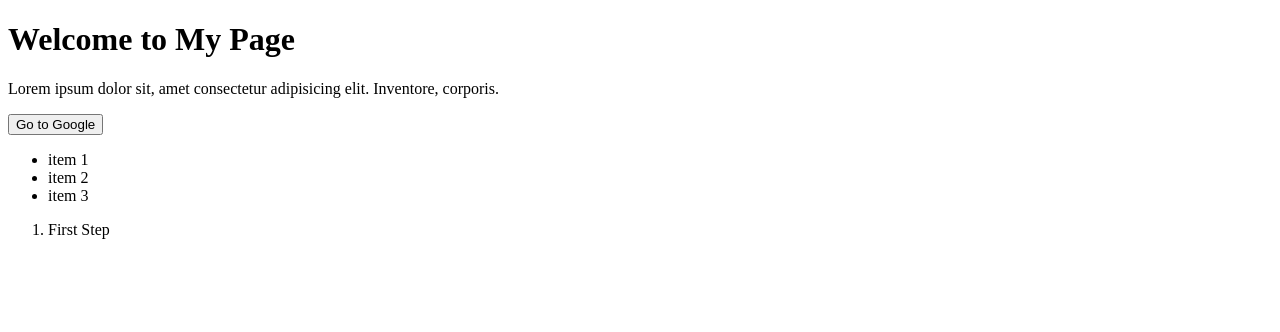
Repository: cs-fullstack-2020-spring/javascript-classes-cw-Awhit-commits
Page: index.html
These files come from the project's save history. The page is drawn as it stood at one moment and after the next save; the edit follows.
The browser window is 1280 px wide. The pictures show the whole page.

Above is the page before, as saved 2021-01-06 11:54:31.

### index.html
<!DOCTYPE html>
<html lang="en">
<head>
    <meta charset="UTF-8">
    <meta name="viewport" content="width=device-width, initial-scale=1.0">
    <title>Document</title>
</head>
<body>
    <h1>Welcome to My Page</h1>
    <p>Lorem ipsum dolor sit, amet consectetur adipisicing elit. Inventore, corporis.</p>
    <a href = "https://google.com"><button> Go to Google</button></a>

    <ul>
        <li>item 1 </li>
        <li>item 2 </li>
        <li>item 3 </li>
    </ul>

    <ol>
        <li>First Step</li>
    </ol>
</body>
</html>

After the next save:
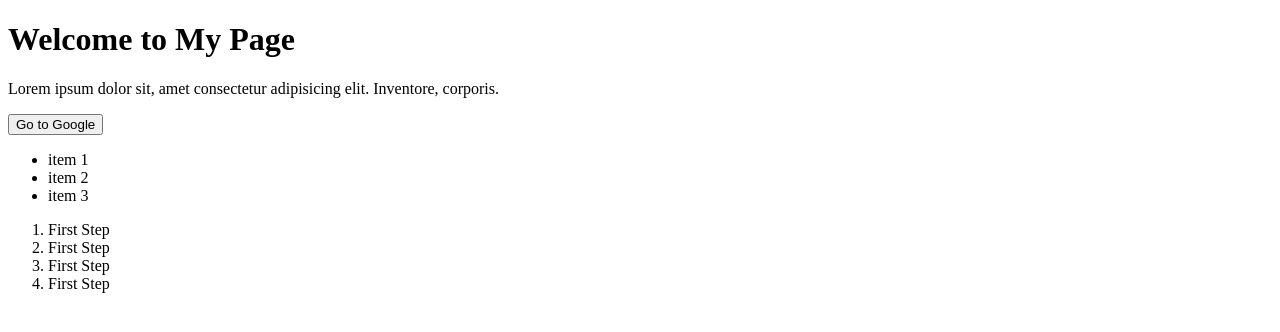
Saved 7 s later.
--- a/index.html
+++ b/index.html
@@ -18,6 +18,9 @@
 
     <ol>
         <li>First Step</li>
+        <li>First Step</li>
+        <li>First Step</li>
+        <li>First Step</li>
     </ol>
 </body>
 </html>
